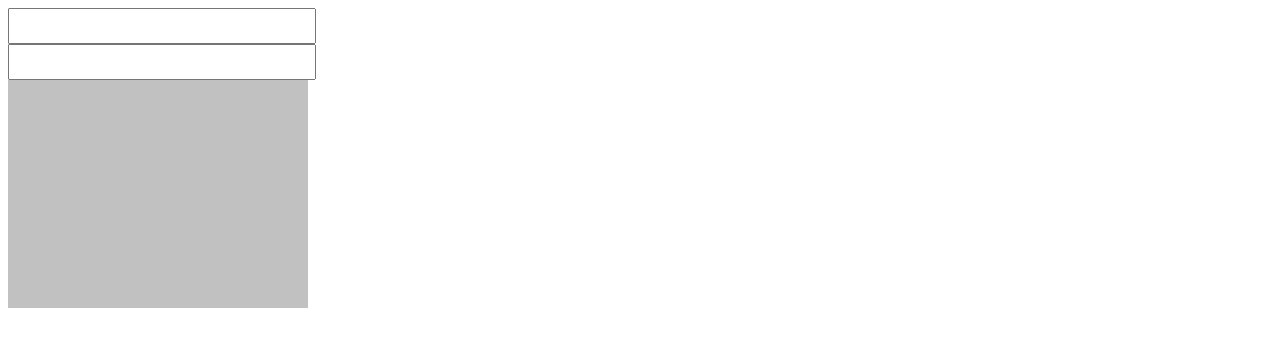
Repository: popll1/Pleiades
Page: http://localhost/jun29web/login.jsp
The author's editor kept a copy of each file at every save. The page is drawn from the files as they stood at one save, then again after the next save.
The browser window is 1280 px wide. The pictures show the whole page.
The page is served by Tomcat 9.

Above is the page before, as saved 2023-06-29 06:14:13.

After the next save:
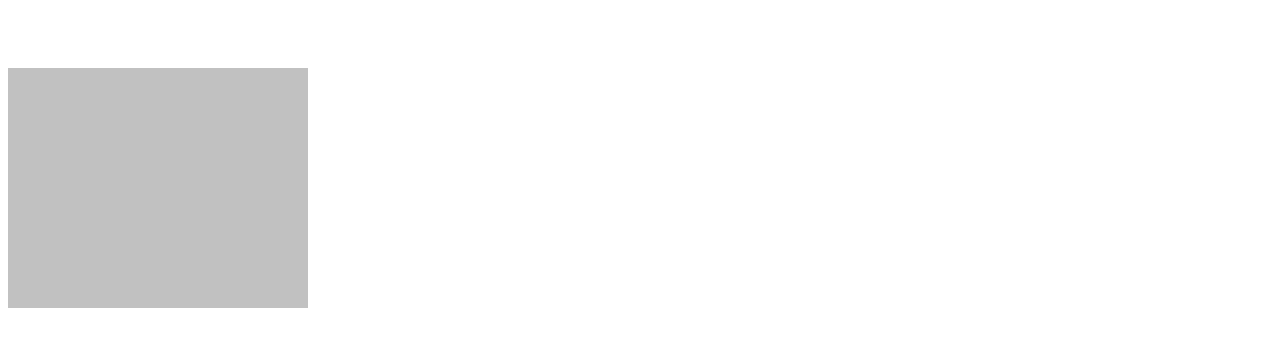
Saved 2 min 52 s later.
--- a/jun29web/src/main/webapp/login.jsp
+++ b/jun29web/src/main/webapp/login.jsp
@@ -14,6 +14,10 @@
 
 }
 input {
+ 	padding:0;
+ 	margin:0;
+ 	border:0;
+
  	width : 100%;
 
  	height : 30px;
